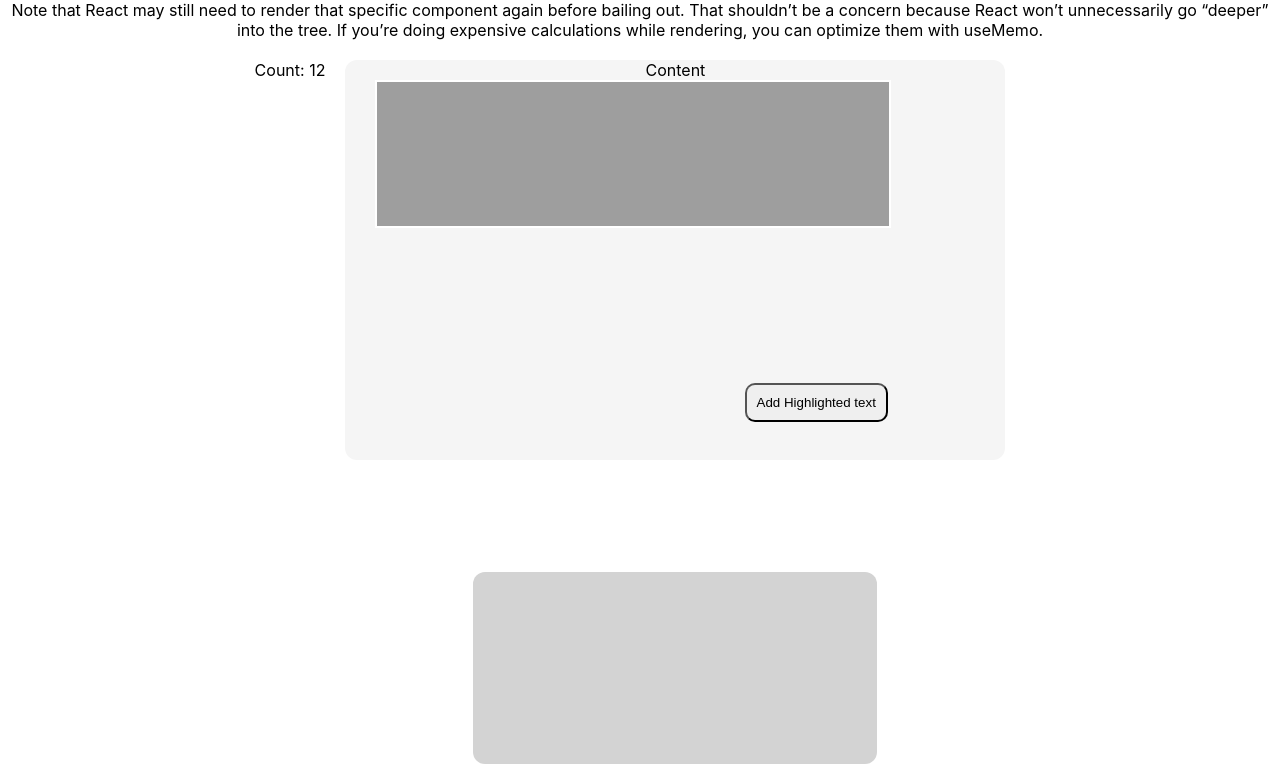
Repository: Farbod29/React-text-highlighter-with-hook-
Page: /
An editor plug-in stored every save of this project. The page is shown before and after a run of saves, followed by the edit.
The browser window is 1280 px wide. The pictures show the whole page.
Pictures or frames that could not be fetched are drawn as grey boxes. The project was rebuilt for these pictures with package versions that can differ from the ones it lists, and the page was loaded fresh each time.

Above is the page before, as saved 2022-02-18 22:02:22.

### src/App.js
import './App.css';
import Highlighter from './highlighter';
function App() {
  return (
    <div className="App">
      <Highlighter />
    </div>
  );
}

export default App;

### src/highlighter.js
import React, { useEffect, useState } from 'react';

export default function Highlighter() {
  let doit = () => {
    document.onmouseup = () => {
      console.log(window.getSelection().toString());
    };
  };
  const [count, setCount] = useState(12);
  return (
    <>
      <div>
        {' '}
        Note that React may still need to render that specific component again
        before bailing out. That shouldn’t be a concern because React won’t
        unnecessarily go “deeper” into the tree. If you’re doing expensive
        calculations while rendering, you can optimize them with useMemo.
      </div>
      Count: {count}
      {/* <button onClick={() => setCount((prevCount) => prevCount - 1)}>-</button> */}
      <div
        style={{
          padding: '0px 10px',
          height: '400px',
          width: '50vw',
          margin: '20px',
          borderRadius: '12px',
          backgroundColor: '#F5F5F5',
          inline: true,
          fontColor: 'red',
          display: 'inline-block',
          textAlign: 'center',
          position: 'relative',
        }}
      >
        <div
          style={{
            padding: '0px 10px',
            backgroundColor: '#D3D3D3',
            height: '15vw',
            width: '30vw',
            left: '10vw',
            top: '40vw',
            borderRadius: '12px',
            position: 'absolute',
          }}
        />
        <img
          style={{
            height: '20vh',
            width: '40vw',
            position: 'absolute',
            border: '2px solid',
            borderColor: '#ffff',
            left: 30,
            top: 20,
          }}
          src="https://pfrias.couragecompanion.eu/storage/m/_v2/213604778138275840/4f8b684e5-e9314a/vlyvkRQwb3ew/u8hVvH5l5IFvha9MQyXCzPOYLo2SXG3bqIpv6vBg.png"
        ></img>
        Content
        <div
          style={{
            position: 'absolute',
            bottom: '3vw',
            left: '24vw',
            right: '2vw',
          }}
        >
          <button
            style={{ padding: '10px', borderRadius: '10px' }}
            onClick={() => setCount(12)}
          >
            {' '}
            Add Highlighted text{' '}
          </button>
        </div>
      </div>
      {doit()}
    </>
  );
}

Loaded but not shown: public/index.html (common file); src/index.js (common file); src/index.css (common file); src/reportWebVitals.js (common file); src/App.css (common file)

After the next 2 saves:
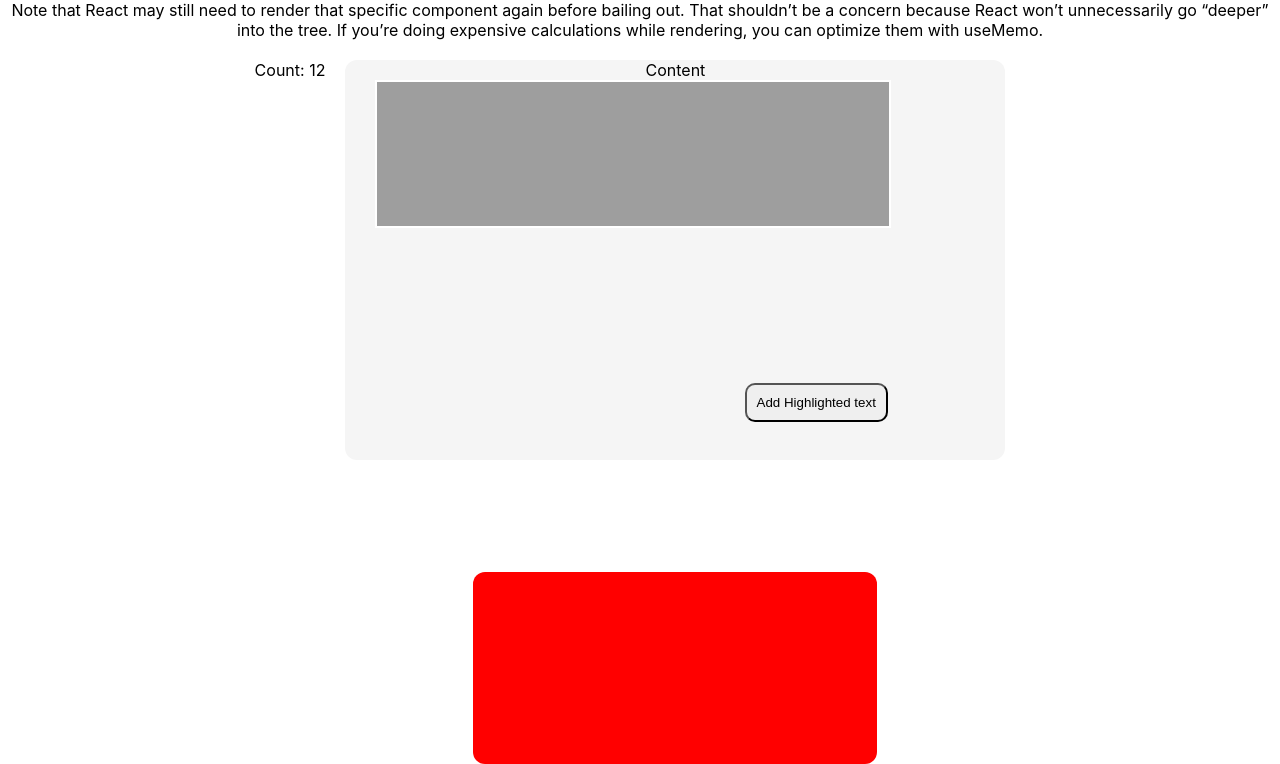
The 2 saves are shown as one change because they came seconds apart.
The last was saved 28 s later.
--- a/src/highlighter.js
+++ b/src/highlighter.js
@@ -36,7 +36,7 @@ export default function Highlighter() {
         <div
           style={{
             padding: '0px 10px',
-            backgroundColor: '#D3D3D3',
+            backgroundColor: 'red',
             height: '15vw',
             width: '30vw',
             left: '10vw',
